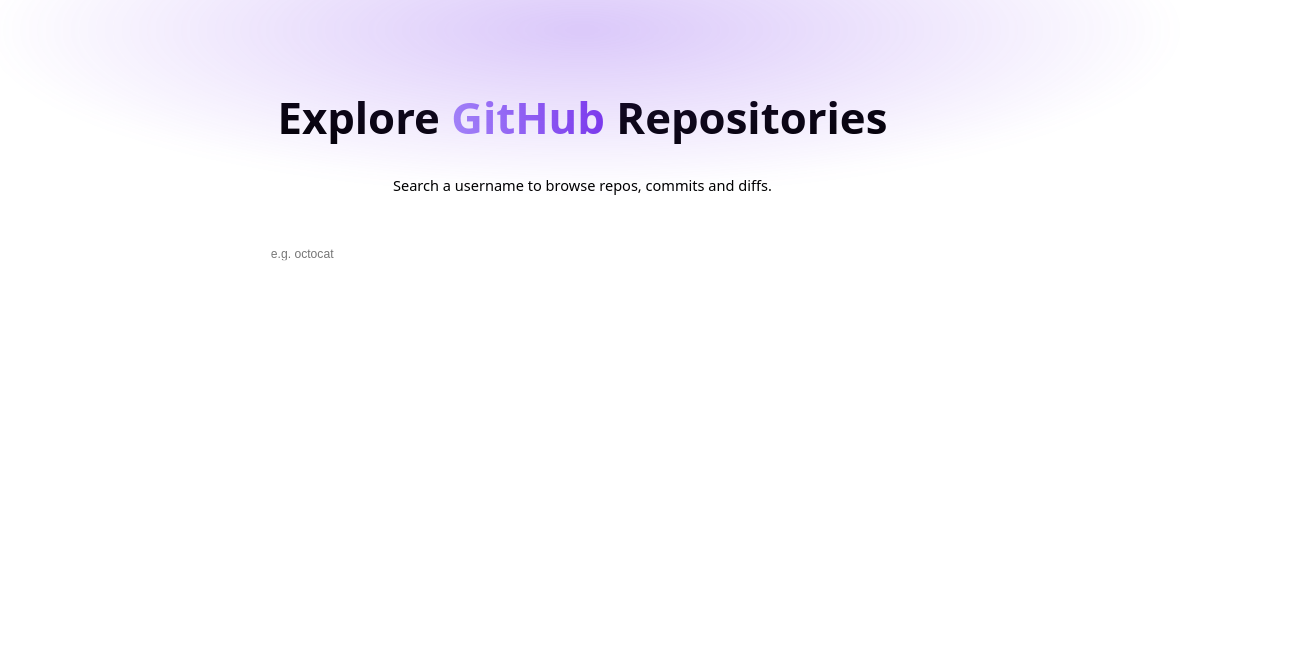
Repository: Tshenolo1994/username-repo
Page: /
An editor plug-in stored every save of this project. The page is shown before and after the next save, followed by the edit.
The browser window is 1280 px wide. The page is 1434 px wide, then 1322 px, so the pictures cover 1434 px, including what lies to the right of the window. The pictures show the whole page, at 91% of full size.
The project was rebuilt for these pictures with package versions that can differ from the ones it lists, and the page was loaded fresh each time. Also part of the build but not shown: vite.config.ts, src/views/RepoView.vue.

Above is the page before, as saved 2025-10-26 23:51:21.

### index.html
<!doctype html>
<html lang="en">
  <head>
    <meta charset="UTF-8" />
    <link rel="icon" type="image/svg+xml" href="/vite.svg" />
    <meta name="viewport" content="width=device-width, initial-scale=1.0" />
    <title>commit-explorer</title>
  </head>
  <body>
    <div id="app"></div>
    <script type="module" src="/src/main.ts"></script>
  </body>
</html>

### src/main.ts
import { createApp } from 'vue'
import { createPinia } from 'pinia'
import App from './App.vue'
import router from './router'
import './styles/theme.css'

createApp(App)
  .use(createPinia())
  .use(router)
  .mount('#app')

### src/App.vue
<template>
  <RouterView />
</template>

<script setup lang="ts"></script>

<style>
html, body, #app {
  height: 100%;
  margin: 0;
  font-family: system-ui, -apple-system, 'Segoe UI', Roboto, sans-serif;
}
</style>

### src/router/index.ts
import { createRouter, createWebHistory } from 'vue-router'
import HomeView from '@/views/HomeView.vue'
import RepoView from '@/views/RepoView.vue'

const router = createRouter({
  history: createWebHistory(),
  routes: [
    { path: '/', name: 'home', component: HomeView },
    { path: '/repos/:username', name: 'repos', component: RepoView, props: true },
  ],
  scrollBehavior: () => ({ top: 0 }),
})

export default router

### src/styles/theme.css
html[data-theme='dark'] {
    --bg: #0b0f16;
    --bg-elev: #0f1623;
    --text: #e5e7eb;
    --muted: #94a3b8;
    --border: #1f2937;
    --link: #a78bfa;
    background: radial-gradient(70% 50% at 50% -10%, #1b1035 0%, transparent 60%), var(--bg);
    color: var(--text);
  }

  html[data-theme='light'] {
    --bg: #ffffff;
    --bg-elev: #f8fafc;
    --text: #0f172a;
    --muted: #475569;
    --border: #e2e8f0;
    --link: #6d28d9;
    background: linear-gradient(0deg, #ffffff, #f4f7fb 50%);
    color: var(--text);
  }

  body {
    margin: 0;
    background: inherit;
    color: inherit;
    font-family: system-ui, -apple-system, 'Segoe UI', Roboto, sans-serif;
  }

### src/views/HomeView.vue
<template>
    <LandingHero @submit="go" />
  </template>

  <script setup lang="ts">
  import { useRouter } from 'vue-router'
  import LandingHero from '@/components/LandingHero.vue'

  const router = useRouter()
  function go(username: string) {
    router.push({ name: 'repos', params: { username } })
  }
  </script>

### src/components/LandingHero.vue
<template>
    <section class="hero">
      <div class="glow" aria-hidden="true"></div>

      <h1 class="title">
        Explore <span class="accent">GitHub</span> Repositories
      </h1>
      <p class="sub">Search a username to browse repos, commits and diffs.</p>

      <form class="search" @submit.prevent="submit">
        <input
          v-model.trim="username"
          class="input"
          placeholder="e.g. octocat"
          :aria-invalid="!!err"
        />
        <button class="btn" type="submit">Search</button>
      </form>

      <small v-if="err" class="err">{{ err }}</small>
    </section>
  </template>

  <script setup lang="ts">
  import { ref } from 'vue'
  const emit = defineEmits<{ (e: 'submit', username: string): void }>()
  const username = ref(''); const err = ref('')

  function submit() {
    err.value = ''
    if (!username.value) return (err.value = 'Username is required')
    if (!/^[A-Za-z0-9-]{1,39}$/.test(username.value))
      return (err.value = 'Invalid GitHub username')
    emit('submit', username.value)
  }
  </script>

  <style scoped>
  .hero {
    position: relative;
    display: grid;
    gap: 1rem;
    justify-items: center;
    text-align: center;
    padding: 6rem 1rem 3rem;
    background: var(--bg);
    border-radius: 1rem;
  }
  .glow {
    position: absolute;
    inset: -12% -12% auto -12%;
    height: 300px;
    background: radial-gradient(1200px 320px at 50% 25%, rgba(124,58,237,.28), transparent 55%);
    filter: blur(8px);
    pointer-events: none;
  }
  .title {
    margin: 0;
    font-weight: 800;
    font-size: clamp(2rem,5vw,3rem);
    color: var(--text);
  }
  .accent {
    background: linear-gradient(90deg, #a78bfa, #7c3aed);
    -webkit-background-clip: text;
    background-clip: text;
    color: transparent;
  }
  .sub { color: var(--muted); max-width: 60ch; }
  .search {
    display: flex; gap: .6rem;
    width: min(720px,100%);
    margin-top: .5rem;
  }
  .input {
    flex: 1;
    padding: 1rem 1.1rem;
    border-radius: .75rem;
    border: 1px solid var(--border);
    background: var(--bg-elev);
    color: var(--text);
  }
  .btn {
    padding: 1rem 1.2rem;
    border-radius: .75rem;
    border: 1px solid var(--border);
    background: var(--link);
    color: #fff;
    font-weight: 600;
    cursor: pointer;
  }
  .err { color: #ef4444; }
  </style>

### src/components/FeatureCards.vue
<template>
    <section class="features">
      <article class="card">
        <div class="icon">🔎</div>
        <h3>Advanced Search</h3>
        <p>Find repositories by username and dive into commit history.</p>
      </article>

      <article class="card">
        <div class="icon">📈</div>
        <h3>Repository Analytics</h3>
        <p>See commit messages, authors, dates and diff stats.</p>
      </article>

      <article class="card">
        <div class="icon">📂</div>
        <h3>Issue Tracking</h3>
        <p>Focus on repos & commits (no auth required).</p>
      </article>
    </section>
  </template>

  <script setup lang="ts"></script>

  <style scoped>
  .features { display:grid; grid-template-columns: repeat(3, minmax(0,1fr)); gap:1rem; margin-top:2rem; }
  .card { background: var(--bg-elev); border:1px solid var(--border); border-radius:.75rem; padding:1rem; display:grid; gap:.5rem; }
  .icon { font-size:1.25rem; }
  @media (max-width: 860px){ .features { grid-template-columns: 1fr; } }
  </style>

### src/components/TrendingRow.vue
<template>
    <section class="trending">
      <div class="head">
        <h3>Trending Repository</h3>
        <a href="https://github.com/trending" target="_blank" rel="noreferrer">View All ↗</a>
      </div>

      <div class="grid">
        <article class="card">
          <a class="repo" href="https://github.com/microsoft/DeepSpeed" target="_blank" rel="noreferrer">microsoft/deepspeed</a>
          <p>Deep learning optimization library for distributed training.</p>
          <small>Python • ★ 15k+</small>
        </article>

        <article class="card">
          <a class="repo" href="https://github.com/shadcn/ui" target="_blank" rel="noreferrer">shadcn/ui</a>
          <p>Beautiful components built with Radix UI and Tailwind CSS.</p>
          <small>TypeScript • ★ 34k+</small>
        </article>

        <article class="card">
          <a class="repo" href="https://github.com/dreamgaussian/dreamgaussian" target="_blank" rel="noreferrer">dreamgaussian/dreamgaussian</a>
          <p>Generating 3D Gaussian Splats from images.</p>
          <small>Python • ★ 12k+</small>
        </article>
      </div>
    </section>
  </template>

  <script setup lang="ts"></script>

  <style scoped>
  .trending { display:grid; gap:1rem; margin-top:2rem; }
  .head { display:flex; align-items:center; justify-content:space-between; color:var(--muted); }
  .grid { display:grid; grid-template-columns: repeat(3, minmax(0,1fr)); gap:1rem; }
  .card { background: var(--bg-elev); border:1px solid var(--border); border-radius:.75rem; padding:1rem; display:grid; gap:.5rem; }
  .repo { color: var(--link); font-weight:700; text-decoration:none; }
  @media (max-width: 860px){ .grid { grid-template-columns: 1fr; } }
  </style>

After the next save:
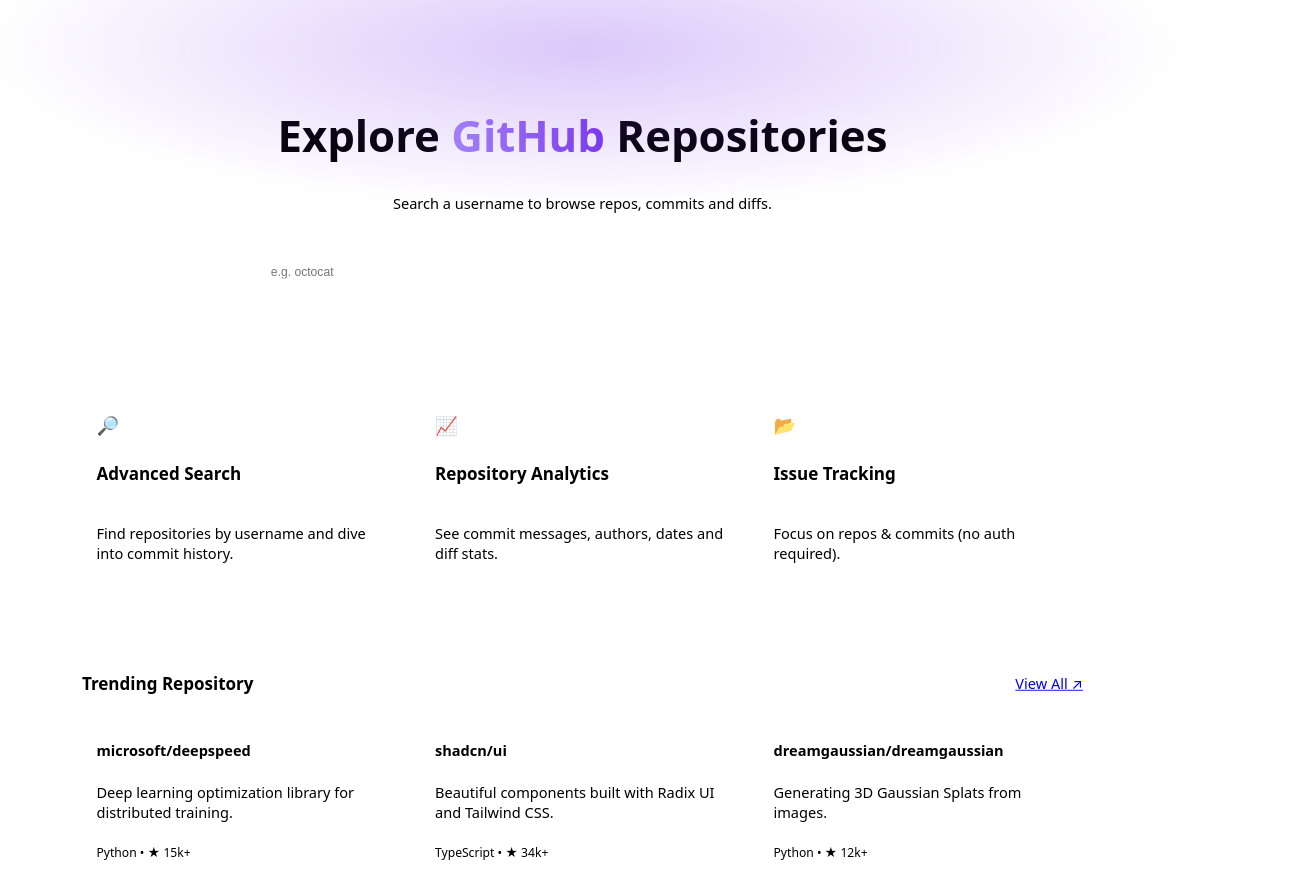
Saved 13 s later.
--- a/src/views/HomeView.vue
+++ b/src/views/HomeView.vue
@@ -1,13 +1,23 @@
 <template>
-    <LandingHero @submit="go" />
+    <section class="home">
+      <LandingHero @submit="go" />
+      <FeatureCards />
+      <TrendingRow />
+    </section>
   </template>
 
   <script setup lang="ts">
   import { useRouter } from 'vue-router'
   import LandingHero from '@/components/LandingHero.vue'
+  import FeatureCards from '@/components/FeatureCards.vue'
+  import TrendingRow from '@/components/TrendingRow.vue'
 
   const router = useRouter()
   function go(username: string) {
     router.push({ name: 'repos', params: { username } })
   }
   </script>
+
+  <style scoped>
+  .home { display:grid; gap:2.25rem; max-width:1100px; margin:0 auto; padding:1.25rem; }
+  </style>
